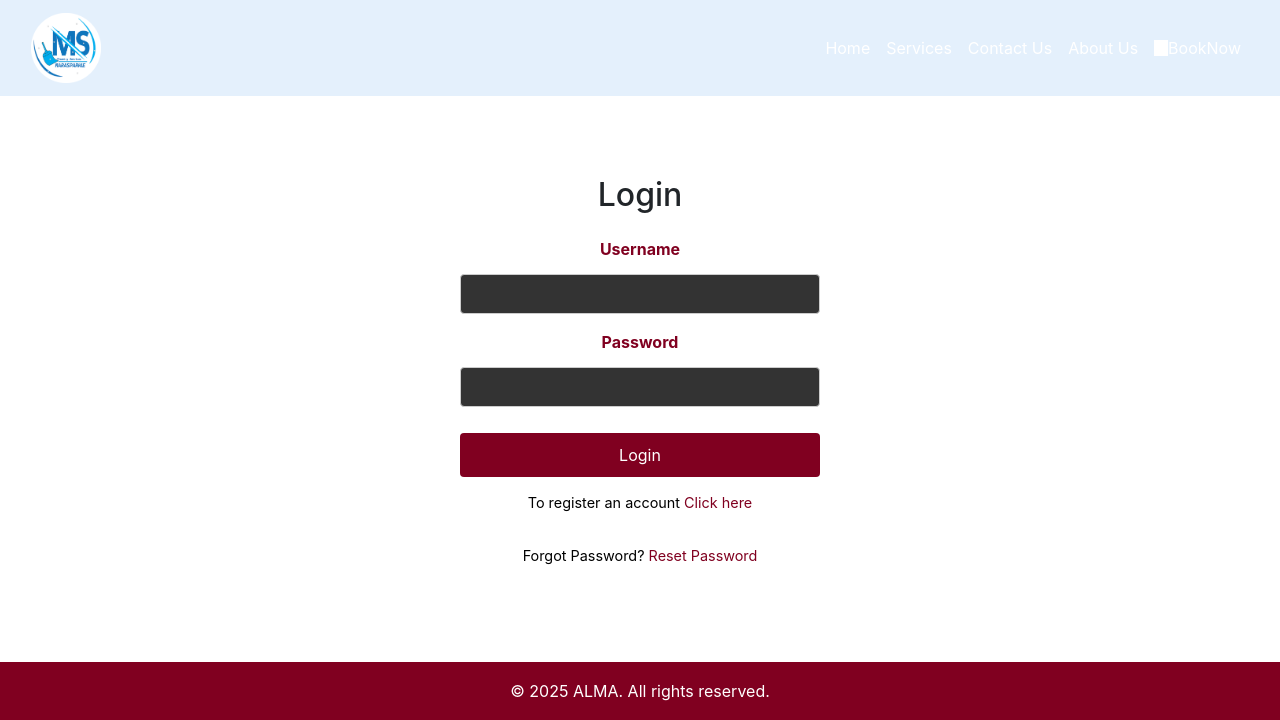
Repository: guineveretim/sparkle
Page: http://localhost/login/
These files come from the project's save history. The page is drawn as it stood at one moment and after the next save; the edit follows.
The browser window is 1280 px wide. The pictures show the whole page.
The page is served by the project's application, run on Django 5.2 (manage.py). Other server files are loaded and not shown.

Above is the page before, as saved 2025-03-27 16:58:38.

### templates/authentication/login.html
{% load static %}
<!DOCTYPE html>
<html lang="en">
<head>
    <meta charset="UTF-8">
    <meta name="viewport" content="width=device-width, initial-scale=1.0">
    <title>Login</title>
    <style>
        * {
            box-sizing: border-box;
            margin: 0;
            padding: 0;
        }

        html, body{
            height: 100vh;
        }

        body {
            font-family: 'Arial', sans-serif;
            background-color:rgb(94, 187, 213);
            color: #333;
            display: flex;

            flex-direction: column;
        }

        .login-container {
            width: 90%;
            max-width: 400px;
            padding: 20px;
            background-color: rgba(128, 0, 32, 0);
            border-radius: 2px;
            margin: auto;
            flex-grow: 1;
            display: flex;
            flex-direction: column;
            justify-content: center;
            text-align: center;
        }

        .logo {
            width: 100px;
            margin: 0 auto 20px;
            border-radius: 50%;
        }

        h2 {
            margin-bottom: 20px;
            color:#800020;
        }

        .message-container {
            margin-bottom: 15px;
        }

        .messages {
            list-style: none;
            padding: 0;
        }

        .messages li {
            padding: 10px;
            margin-bottom: 5px;
            border-radius: 4px;
            color: #31708f;
            background-color: #d9edf7;
            border: 1px solid #bce8f1;
        }

        .form-group {
            margin-bottom: 15px;

        }

        label {
            display: block;
            margin-bottom: 5px;
            font-weight: bold;
            color:#800020;
        }

        input[type="text"],
        input[type="password"] {
            height: 40px;
            width: 100%;
            padding: 10px;
            margin-top: 5px;
            border: 1px solid #ccc;
            border-radius: 4px;
            font-size: 1rem;
            color: #ffffff;
            background-color: #333;
            transition: border-color 0.3s ease;
        }

        input[type="text"]:focus,
        input[type="password"]:focus {
            background-color: #444;
            border-color: #66afe9;
            outline: none;
        }

        .submit-btn {
            padding: 10px 15px;
            background-color:#800020;
            color: #fff;
            border: none;
            border-radius: 4px;
            cursor: pointer;
            transition: background-color 0.3s ease;
            font-size: 16px;
            width: 100%;
            margin-top: 10px;
        }

        .submit-btn:hover {
            background-color:rgb(104, 31, 31);
        }

        .signup-link,
        .forgot-password {
            margin-top: 15px;
            color: black;
            font-size: 0.9rem;
        }

        .signup-link a,
        .forgot-password a {
            color:#800020;
            text-decoration: none;

        }
        .signup-link a:hover,
        .forgot-password a:hover {
            text-decoration: underline;
        }

        footer {
            background-color:#800020;
            text-align: center;
        }

        footer p{
            margin: 0;
            color: white;
             padding: 17px;
            font-size: 1rem;
        }

        header{
            background-color:#800020;
            height: 6%;
            padding: 17px;

        }

        header p{
            color: white;
            margin:0;
        }

        @media (max-width: 480px) {
            .logo {
                width: 80px;
            }

            .submit-btn {
                padding: 10px;
            }

            h2 {
                font-size: 1.5rem;
            }

            .signup-link,
            .forgot-password {
                font-size: 0.75rem;
            }
        }

    </style>

        <!-- Font Awesome CDN -->
        <link rel="stylesheet" href="https://cdnjs.cloudflare.com/ajax/libs/font-awesome/6.0.0-beta3/css/all.min.css">

        <!--Google fomts-->
        <link href="https://fonts.googleapis.com/css2?family=Roboto:wght@400&display=swap" rel="stylesheet">

        <!-- Bootstrap core CSS -->
        <link rel="stylesheet" href="https://cdn.jsdelivr.net/npm/bootstrap@4.1.3/dist/css/bootstrap.min.css" integrity="sha384-MCw98/SFnGE8fJT3GXwEOngsV7Zt27NXFoaoApmYm81iuXoPkFOJwJ8ERdknLPMO" crossorigin="anonymous">


</head>
<body>
 <!-- ***** Header Area Start ***** -->
 <nav class="navbar navbar-expand-lg navbar-dark sticky-top" style="background-color:rgba(166, 206, 243,0.3); position: relative;">
    <div class="container-fluid">
        <a class="navbar-brand" href="{% url 'home' %}">
            <img src="{% static 'icons/Maralog.png' %}" style="width:70px;">
        </a>
        <button class="navbar-toggler" type="button" data-toggle="collapse" data-target="#navbarNav" aria-controls="navbarNav" aria-expanded="false" aria-label="Toggle navigation">
            <span class="navbar-toggler-icon"></span>
        </button>

        <div class="collapse navbar-collapse" id="navbarNav">
            <ul class="navbar-nav ml-auto">
                <li class="nav-item active">
                    <a class="nav-link" href="{% url 'home' %}" style="color: white;">Home <span class="sr-only">(current)</span></a>
                </li>
                <li class="nav-item">
                    <a class="nav-link" href="{% url 'services_details' %}" style="color: white;">Services</a>
                </li>
                <li class="nav-item">
                    <a class="nav-link" href="{% url 'contact' %}" style="color: white;">Contact Us</a>
                </li>
                <li class="nav-item">
                    <a class="nav-link" href="{% url 'about' %}" style="color: white;">About Us</a>
                </li>
                <li class="nav-item">
                    <a class="nav-link" href="{% url 'login' %}" style="color: white;"><i class="fas fa-calendar" style="background-color: rgb(255, 255, 255);"></i>BookNow</a>
                </li>
            </ul>
        </div>
    </div>
</nav>

<div class="login-container">

    <h2>Login</h2>

    <div class="message-container">
        {% if messages %}
            <ul class="messages">
                {% for message in messages %}
                    <li class="{{ message.tags }}">{{ message }}</li>
                {% endfor %}
            </ul>
        {% endif %}
    </div>

    <form method="POST" action="{% url 'login' %}">
        {% csrf_token %}
        <div class="form-group">
            <label for="username">Username</label>
            <input type="text" id="username" name="username" value="{{ form.username.value|default_if_none:'' }}">
        </div>
        <div class="form-group">
            <label for="password">Password</label>
            <input type="password" id="password" name="password">
        </div>
        <button type="submit" class="submit-btn">Login</button>


    </form>

    <p class="signup-link">
        To register an account
        <a href="{% url 'register' %}">Click here</a>
    </p>

    <p class="forgot-password">
        Forgot Password?
        <a href="{% url 'password_reset' %}">Reset Password</a>

    </p>
</div>

<footer>
    <p>&copy; {% now "Y" %} ALMA. All rights reserved.</p>
</footer>

<!-- jQuery first, then Popper.js, then Bootstrap JS -->
<script src="https://code.jquery.com/jquery-3.3.1.slim.min.js" integrity="sha384-q8i/X+965DzO0rT7abK41JStQIAqVgRVzpbzo5smXKp4YfRvH+8abtTE1Pi6jizo" crossorigin="anonymous"></script>
<script src="https://cdn.jsdelivr.net/npm/popper.js@1.14.3/dist/umd/popper.min.js" integrity="sha384-ZMP7rVo3mIykV+2+9J3UJ46jBk0WLaUAdn689aCwoqbBJiSnjAK/l8WvCWPIPm49" crossorigin="anonymous"></script>
<script src="https://cdn.jsdelivr.net/npm/bootstrap@4.1.3/dist/js/bootstrap.min.js" integrity="sha384-ChfqqxuZUCnJSK3+MXmPNIyE6ZbWh2IMqE241rYiqJxyMiZ6OW/JmZQ5stwEULTy" crossorigin="anonymous"></script>
</body>
</html>

### marasparkle/forms.py
from django import forms
from django.contrib.auth.forms import UserCreationForm, AuthenticationForm, PasswordResetForm, SetPasswordForm
from django.contrib.auth.models import User
from .models import Booking



class UserLoginForm(AuthenticationForm):
    def __init__(self, *args, **kwargs):
        super(UserLoginForm, self).__init__(*args, **kwargs)


        self.error_messages['invalid_login'] = (
            'Invalid username or password.'
        )
        self.fields['username'].widget.attrs.update({
            'class': 'form-control',
            'placeholder': 'Username'
        })
        self.fields['password'].widget.attrs.update({
            'class': 'form-control',
            'placeholder': 'Password'
        })


class UserRegistrationForm(forms.ModelForm):

    username = forms.CharField(widget=forms.TextInput(attrs={'placeholder': 'Enter Your Username'}),
            label='Username',
            help_text=None,
            )

    email = forms.CharField(widget=forms.EmailInput(attrs={'placeholder': 'Enter Your Email : Example@gmail.com'}),
            label='Email',
            help_text=None,
      )
    password = forms.CharField(widget=forms.PasswordInput(attrs={'placeholder': 'Password must contain at least one uppercase, lower case letter, and one special character', 'class': 'moving-placeholder'}),
            label= 'Enter Password',
            help_text=None,
            )
    confirm_password = forms.CharField(widget=forms.PasswordInput(attrs={'placeholder': 'Cornfirm password'}),
            label='Cornfirm Password',
            help_text=None,
            )






    class Meta:
        model = User
        fields = ['username', 'email']


    def clean(self):
        cleaned_data = super().clean()
        password = cleaned_data.get("password")
        confirm_password = cleaned_data.get("confirm_password")

        if password and confirm_password and password != confirm_password:
            raise forms.ValidationError("Passwords do not match!")


class ResetPasswordForm(PasswordResetForm):
    class Meta:
        model = User
        fields = ['email']

    def __init__(self, *args, **kwargs):
        super(ResetPasswordForm, self).__init__(*args, **kwargs)
        self.fields['email'].widget.attrs.update({
            'class': 'form-control',
            'placeholder': 'Email',
            'required': 'True'
        })


class ResetPasswordConfirmForm(SetPasswordForm):
    class Meta:
        model = User
        fields = ['new_password1', 'new_password2']

    def __init__(self, *args, **kwargs):
        super(ResetPasswordConfirmForm, self).__init__(*args, **kwargs)
        self.fields['new_password1'].widget.attrs.update({
            'class': 'form-control',
            'placeholder': 'New Password',
            'required': 'True'
        })
        self.fields['new_password2'].widget.attrs.update({
            'class': 'form-control',
            'placeholder': 'Retype New Password',
            'required': 'True'
        })
        self.fields['new_password1'].help_text = ''
        self.fields['new_password2'].help_text = ''


class BookingForm(forms.ModelForm):
    class Meta:
        model = Booking
        fields = ['date_time', 'contact_infor', 'service_selection', 'location_infor', 'additional_details']
        widgets = {
            'date_time': forms.DateTimeInput(attrs={'type': 'datetime-local'}),
            'contact_infor': forms.TextInput(attrs={'placeholder': 'Contact Information'}),
            'location_infor': forms.TextInput(attrs={'placeholder': 'Location'}),
            'additional_details': forms.Textarea(attrs={'placeholder': 'Additional Details', 'rows': 3}),
        }

### marasparkle/views.py

from django.shortcuts import redirect, render
from django.contrib.auth import authenticate, login
from .forms import  UserRegistrationForm, UserLoginForm
from django.contrib.auth.decorators import login_required
from django.contrib import messages
from .forms import BookingForm
from django.views.decorators.cache import never_cache
from django.views.decorators.csrf import csrf_protect
from django.contrib.auth.models import Group



def home(request):
  return render(request, 'home.html')

def Service(request):
    return render(request, 'application/services.html')


def contact(request):
    return render(request, 'application/contact.html')

def about_view(request):
    return render(request, 'application/about.html')







def register(request):
    if request.method == 'POST':
        form = UserRegistrationForm(request.POST)
        if form.is_valid():
            user = form.save(commit=False)
            user.set_password(form.cleaned_data['password'])
            user.save()

            group =Group.objects.get(name = 'user')
            user.groups.add(group)


            login(request, user)
            messages.success(request, "Registration successful.")
            return redirect('login')
    else:
        form = UserRegistrationForm()

    return render(request, 'authentication/register.html', {'form': form})

def login_view(request):
    if request.method == 'POST':
        form = UserLoginForm(data=request.POST)
        if form.is_valid():
            username = form.cleaned_data.get('username')
            password = form.cleaned_data.get('password')
            user = authenticate(request, username=username, password=password)

            if user is not None:

                if user.groups.filter(name='admin').exists():
                    login(request, user)
                    return redirect('/admin/')
                elif user.groups.filter(name='user').exists():
                    login(request, user)
                    return redirect('bookings')
            else:

                messages.error(request, 'Invalid username or password.')
        else:
            # Optional: Handle field errors
            for field, errors in form.errors.items():
                for error in errors:
                    messages.error(request, error)

    else:
        form = UserLoginForm()

    return render(request, 'authentication/login.html', {'form': form})


@login_required
def create_booking(request):
    if request.method == 'POST':
        form = BookingForm(request.POST)
        if form.is_valid():
            booking = form.save(commit=False)
            booking.user = request.user
            booking.save()
            return redirect('booking_success')
    else:
        form = BookingForm()

    return render(request,'accounts/booking.html', {'form':form})

### marasparkleweb/urls.py
"""
URL configuration for marasparkleweb project.

The `urlpatterns` list routes URLs to views. For more information please see:
    https://docs.djangoproject.com/en/5.1/topics/http/urls/
Examples:
Function views
    1. Add an import:  from my_app import views
    2. Add a URL to urlpatterns:  path('', views.home, name='home')
Class-based views
    1. Add an import:  from other_app.views import Home
    2. Add a URL to urlpatterns:  path('', Home.as_view(), name='home')
Including another URLconf
    1. Import the include() function: from django.urls import include, path
    2. Add a URL to urlpatterns:  path('blog/', include('blog.urls'))
"""
from django.contrib import admin
from django.urls import include, path

urlpatterns = [
    path('admin/', admin.site.urls),
    path('', include('marasparkle.urls')),
]

### marasparkle/urls.py
from django.urls import path

from marasparkle.forms import ResetPasswordConfirmForm, ResetPasswordForm
from . import views
from django.contrib.auth import views as auth_views


urlpatterns = [
    path('', views.home, name='home'),
    path('about/',views.about_view, name='about'),
    path('services/',views.Service,name='services_details'),
    path('login/', views.login_view, name= 'login'),
    path('register/', views.register, name='register'),
    path('contact/', views.contact, name='contact'),

    path('password_reset/', auth_views.PasswordResetView.as_view(
        template_name='authentication/password_reset.html',
        form_class=ResetPasswordForm
    ), name='password_reset'),


    path('password_reset_done/', auth_views.PasswordResetDoneView.as_view(
        template_name='authentication/password_reset_done.html'
    ), name='password_reset_done'),


    path('password_reset_confirm/<uidb64>/<token>/', auth_views.PasswordResetConfirmView.as_view(
        template_name='authentication/password_reset_confirm.html',
        form_class=ResetPasswordConfirmForm
    ), name='password_reset_confirm'),

    path('password_reset_complete/', auth_views.PasswordResetCompleteView.as_view(
        template_name='authentication/password_reset_complete.html'
    ), name='password_reset_complete'),

    path('booking/',views.create_booking, name= 'bookings'),



]

After the next save:
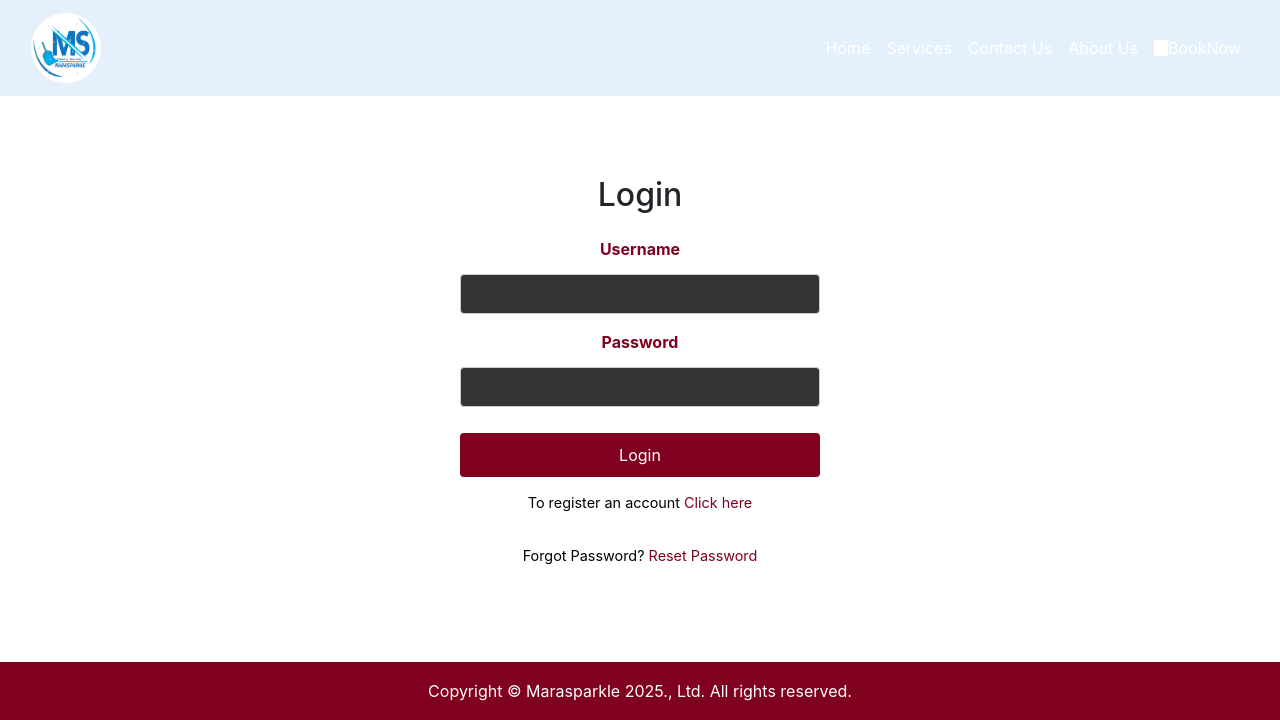
Saved 103 s later.
--- a/templates/authentication/login.html
+++ b/templates/authentication/login.html
@@ -267,8 +267,12 @@
 </div>
 
 <footer>
-    <p>&copy; {% now "Y" %} ALMA. All rights reserved.</p>
-</footer>
+    <div class="container">
+      <div class="col text-white d-flex justify-content-center">
+        <p>Copyright © Marasparkle 2025., Ltd. All rights reserved.
+      </div>
+    </div>
+  </footer>
 
 <!-- jQuery first, then Popper.js, then Bootstrap JS -->
 <script src="https://code.jquery.com/jquery-3.3.1.slim.min.js" integrity="sha384-q8i/X+965DzO0rT7abK41JStQIAqVgRVzpbzo5smXKp4YfRvH+8abtTE1Pi6jizo" crossorigin="anonymous"></script>
